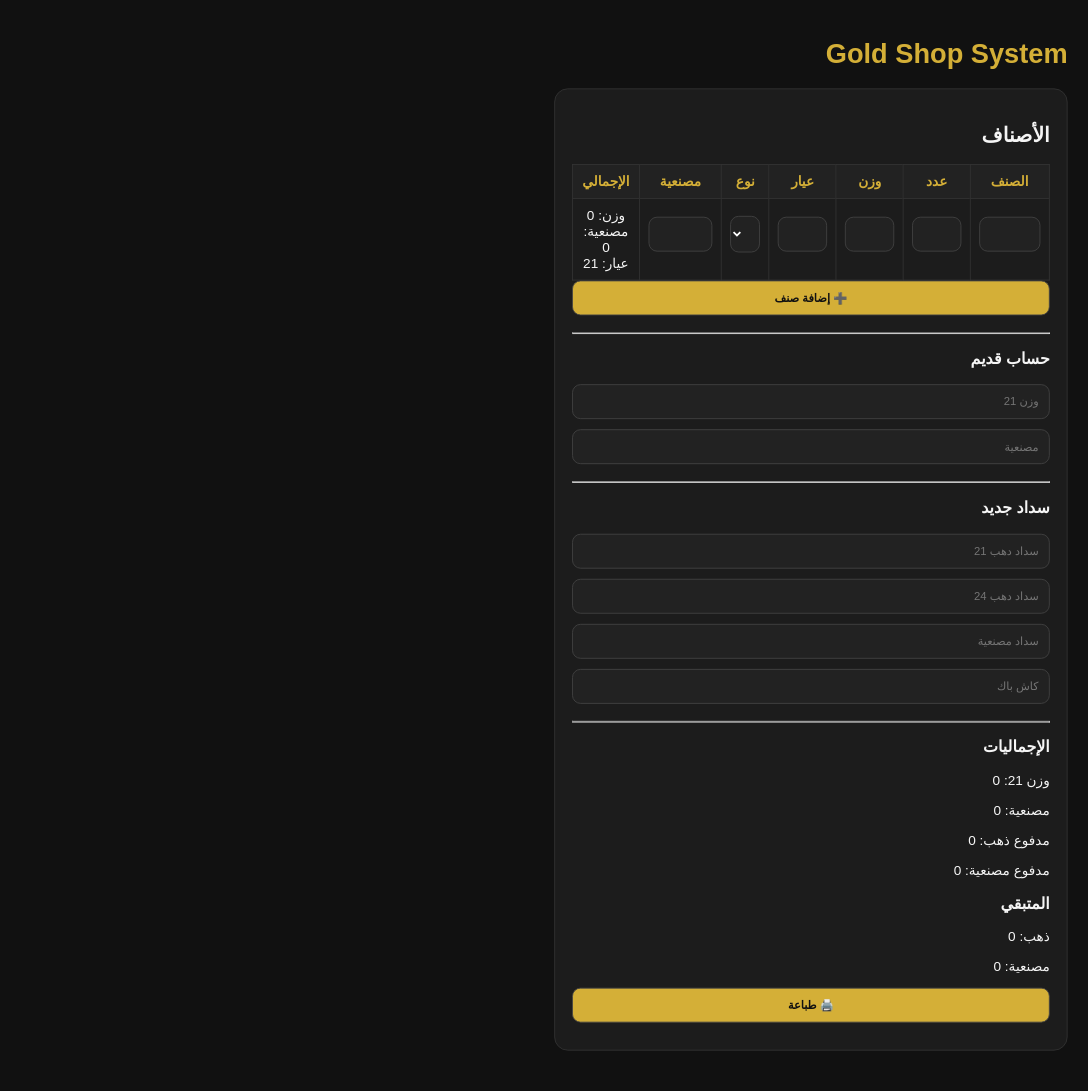
Repository: erineehab27/gold-shop
Page: /
An editor plug-in stored every save of this project. The page is shown before and after the next save, followed by the edit.
The browser window is 1280 px wide. The pictures show the whole page, at 85% of full size.
The project was rebuilt for these pictures with package versions that can differ from the ones it lists, and the page was loaded fresh each time. Also part of the build but not shown: vite.config.js, src/printpage.jsx.

Above is the page before, as saved 2026-05-11 12:40:52.

After the next save:
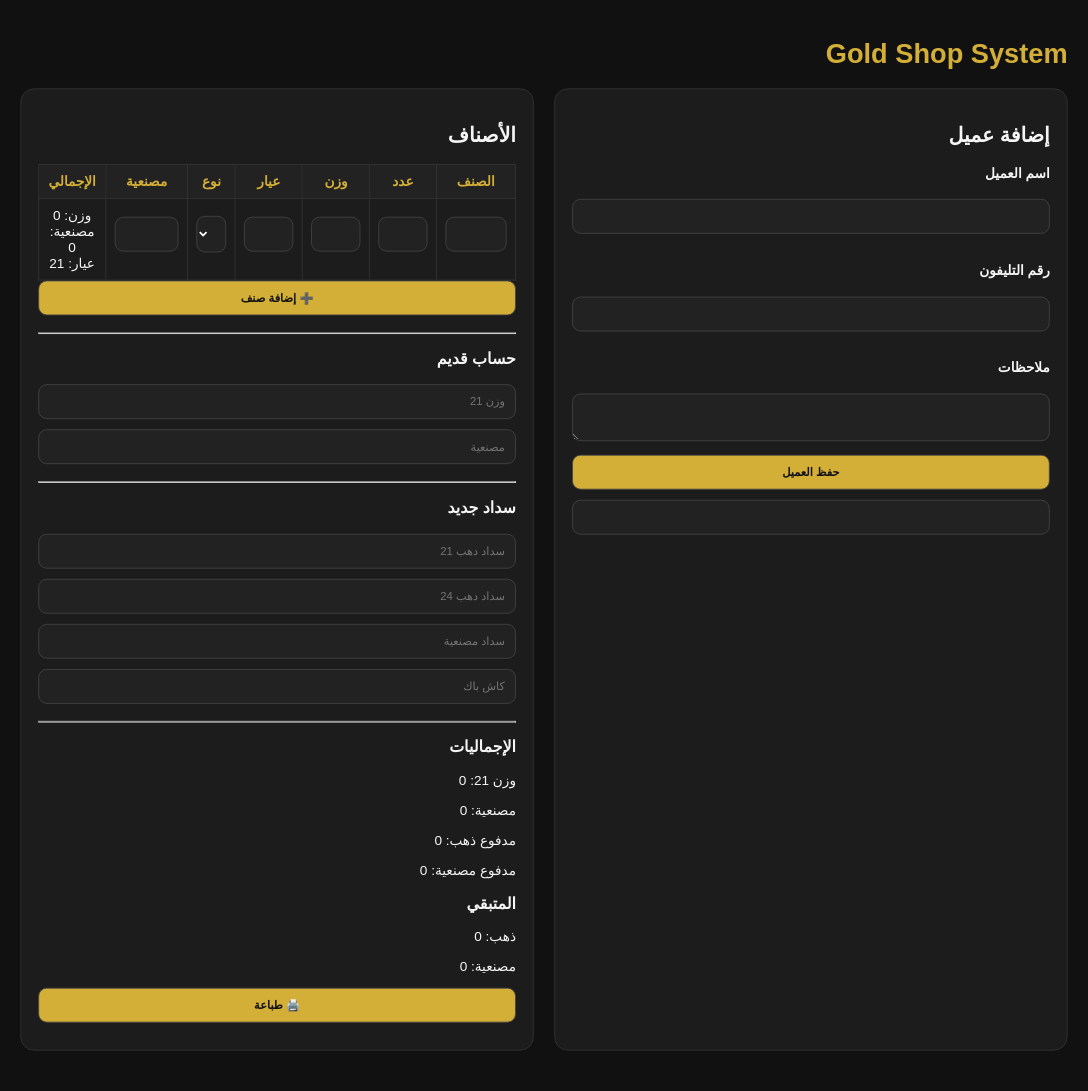
Saved 107 s later.
--- a/src/App.jsx
+++ b/src/App.jsx
@@ -490,7 +490,44 @@
 
       <div className="grid">
         {/* الشمال */}
-
+        <section className="card">
+          <h2>إضافة عميل</h2>
+
+          <form onSubmit={addCustomer}>
+            <label> <h4>اسم العميل</h4></label>
+            <input
+              value={customerForm.name}
+              onChange={(e) =>
+                setCustomerForm({ ...customerForm, name: e.target.value })
+              }
+            />
+            <label> <h4>رقم التليفون</h4></label>
+            <input
+              value={customerForm.phone}
+              onChange={(e) =>
+                setCustomerForm({ ...customerForm, phone: e.target.value })
+              }
+            />
+            <label><h4>ملاحظات</h4></label>
+            <textarea
+              value={customerForm.notes}
+              onChange={(e) =>
+                setCustomerForm({ ...customerForm, notes: e.target.value })
+              }
+            />
+            <button>حفظ العميل</button>
+          </form>
+
+          <input value={search} onChange={(e) => handleSearch(e.target.value)} />
+
+          <div className="list">
+            {customers.map((c) => (
+              <div key={c.id} onClick={() => setSelectedCustomer(c)}>
+                {c.name}
+              </div>
+            ))}
+          </div>
+        </section>
 
         {/* اليمين */}
         <section className="card">

After the save that followed:
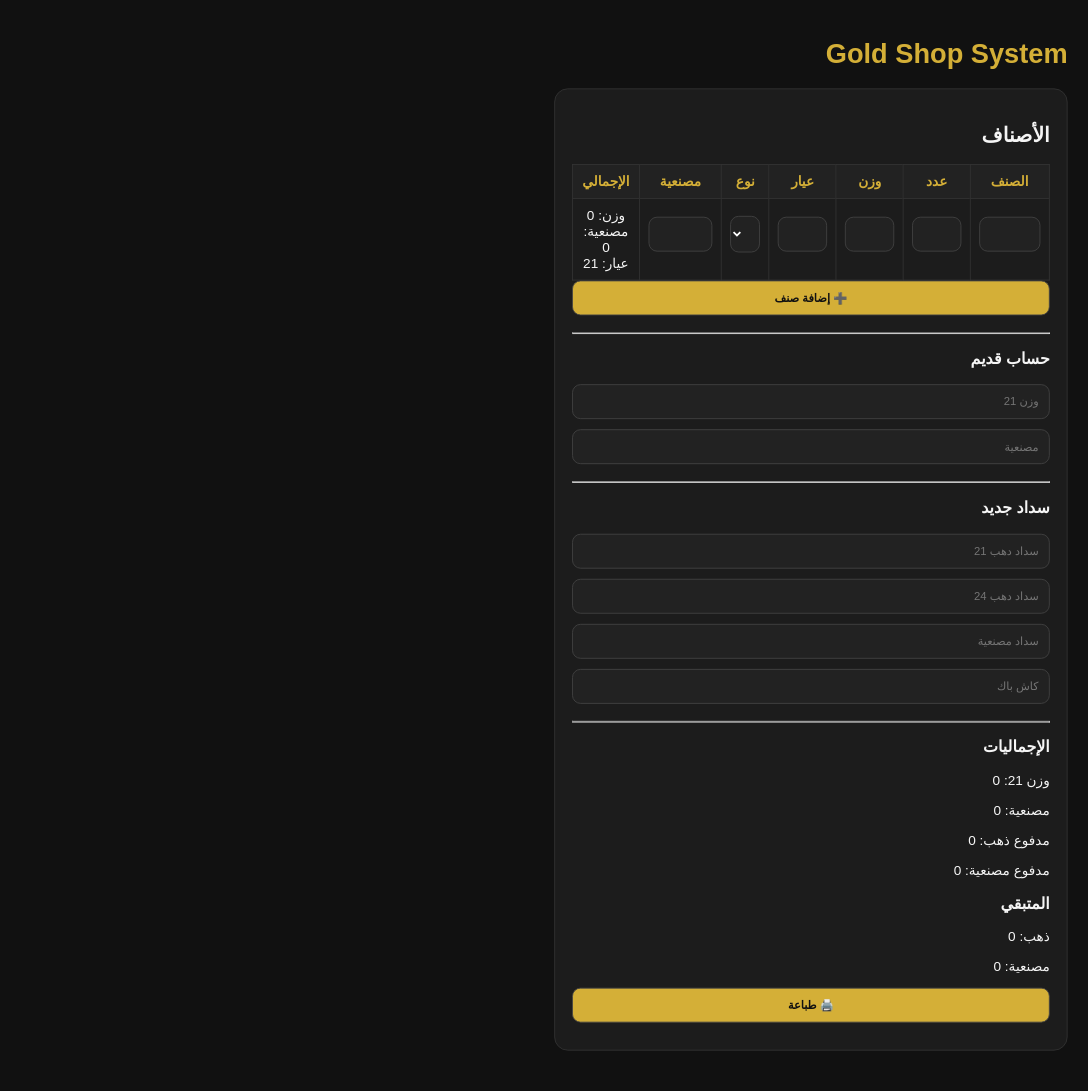
Saved 5 s later.
--- a/src/App.jsx
+++ b/src/App.jsx
@@ -490,7 +490,7 @@
 
       <div className="grid">
         {/* الشمال */}
-        <section className="card">
+        {/* <section className="card">
           <h2>إضافة عميل</h2>
 
           <form onSubmit={addCustomer}>
@@ -527,7 +527,7 @@
               </div>
             ))}
           </div>
-        </section>
+        </section> */}
 
         {/* اليمين */}
         <section className="card">
